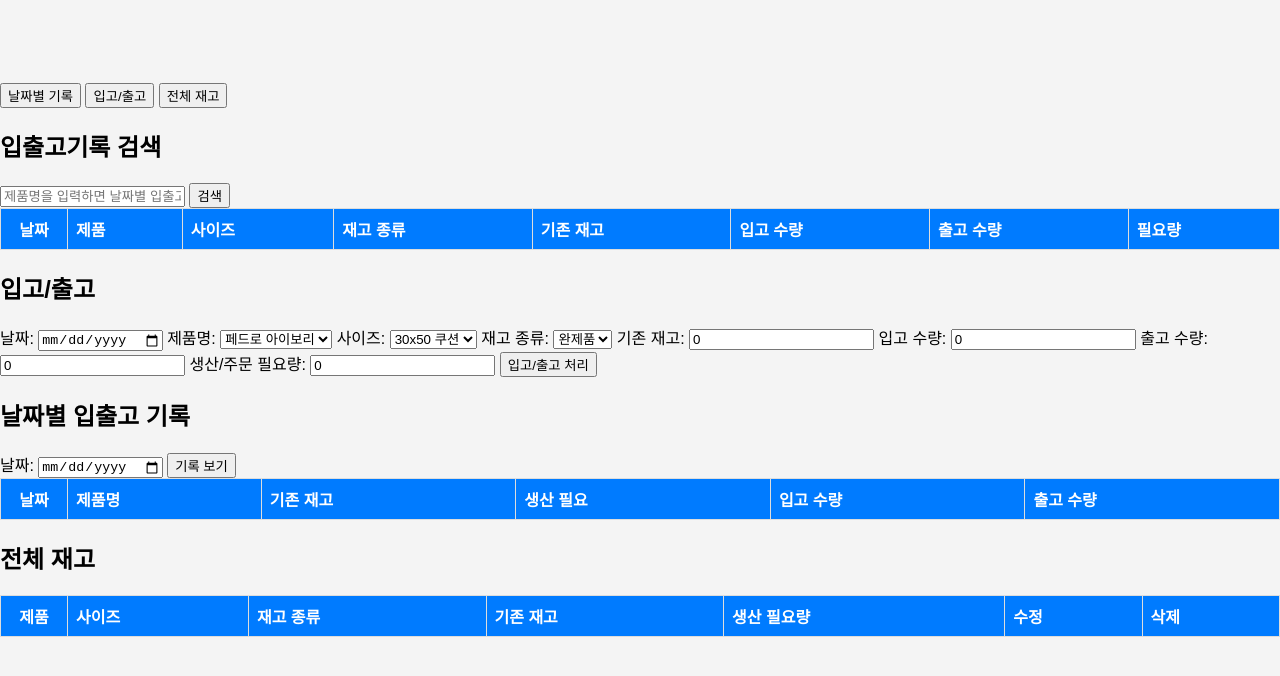
Repository: bluefoginthecup/inventory
Page: public/index.html
These files come from the project's save history. The page is drawn as it stood at one moment and after the next save; the edit follows.
The browser window is 1280 px wide. The pictures show the whole page.

Above is the page before, as saved 2025-01-05 20:01:15.
Console error: TypeError: Cannot read properties of null (reading 'addEventListener')

After the next save:
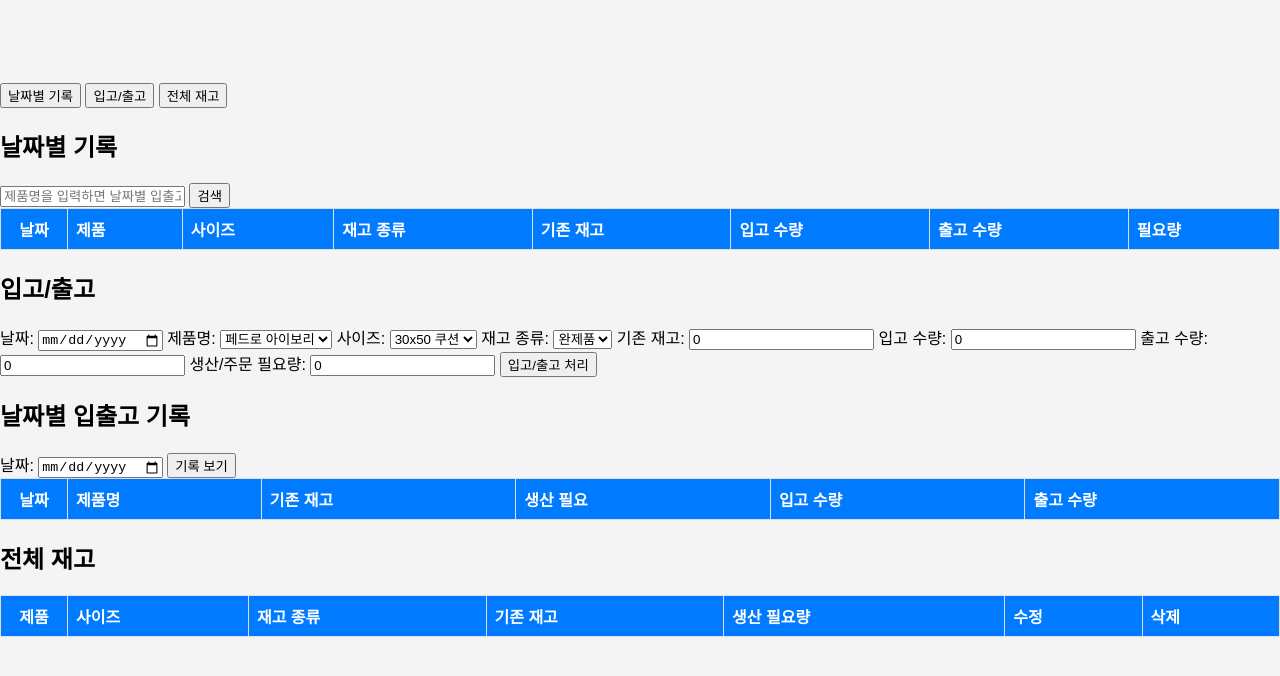
Saved 117 s later.
--- a/public/index.html
+++ b/public/index.html
@@ -15,9 +15,9 @@
             <button class="tab-button" id="allStockTab">전체 재고</button>
         </div>
 
-        <!-- 섹션 1: 입출고 기록 -->
+        <!-- 섹션 1: 날짜별 기록 -->
         <section id="searchSection" class="section active">
-            <h2>입출고기록 검색</h2>
+            <h2>날짜별 기록</h2>
             <form id="searchForm">
                 <input type="text" id="searchInput" placeholder="제품명을 입력하면 날짜별 입출고 기록을 확인할 수 있습니다. 초성검색 가능" required>
 
